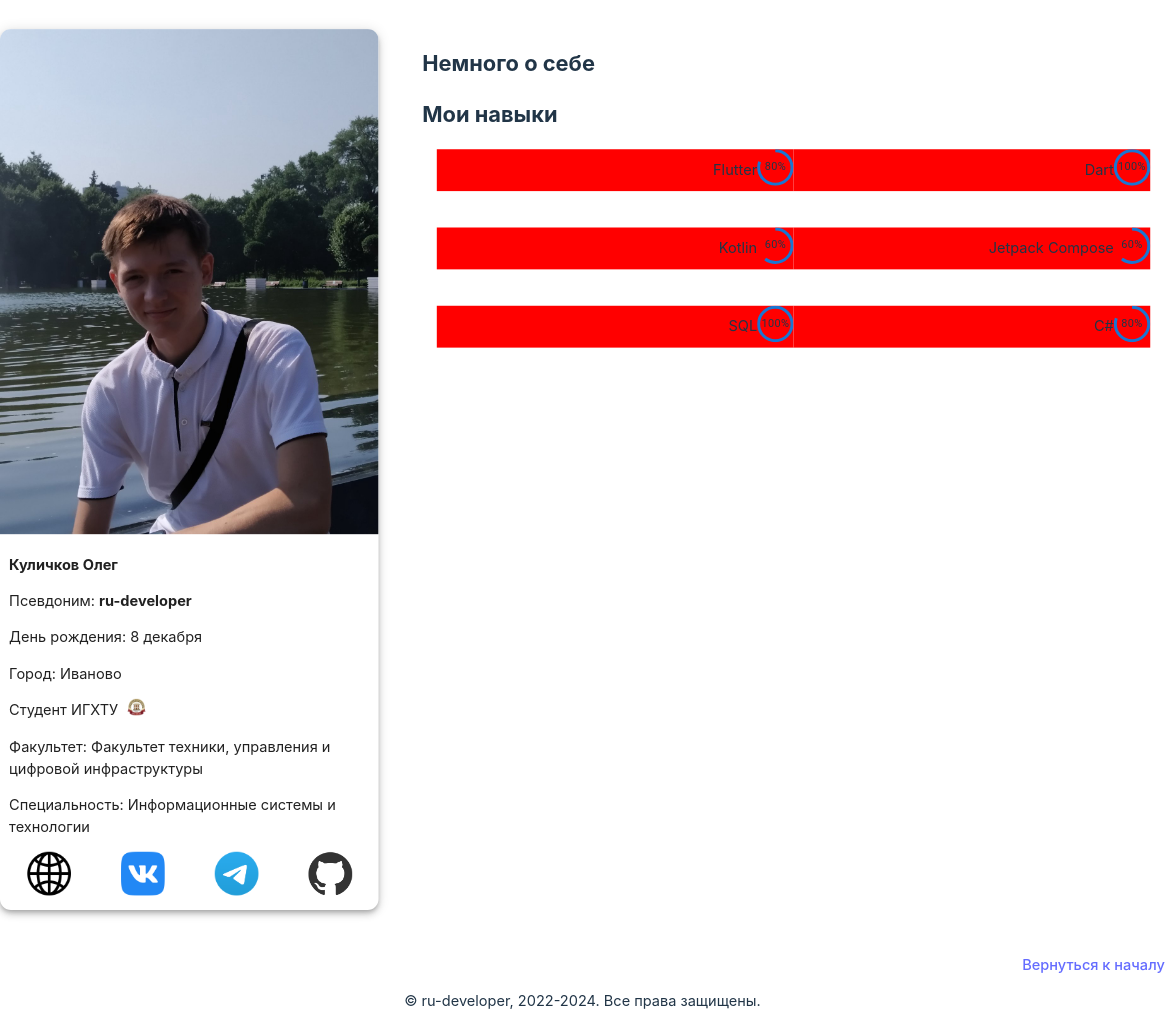
Repository: HubOl01/my_profile
Page: /
These files come from the project's save history. The page is drawn as it stood at one moment and after a run of saves; the edit follows.
The browser window is 1280 px wide. The pictures show the whole page, at 91% of full size.
The project was rebuilt for these pictures with package versions that can differ from the ones it lists, and the page was loaded fresh each time. Also part of the build but not shown: vite.config.ts, src/components/header/Header.module.scss, src/data/websites.ts.

Above is the page before, as saved 2024-03-09 11:00:32.

After the next 2 saves:
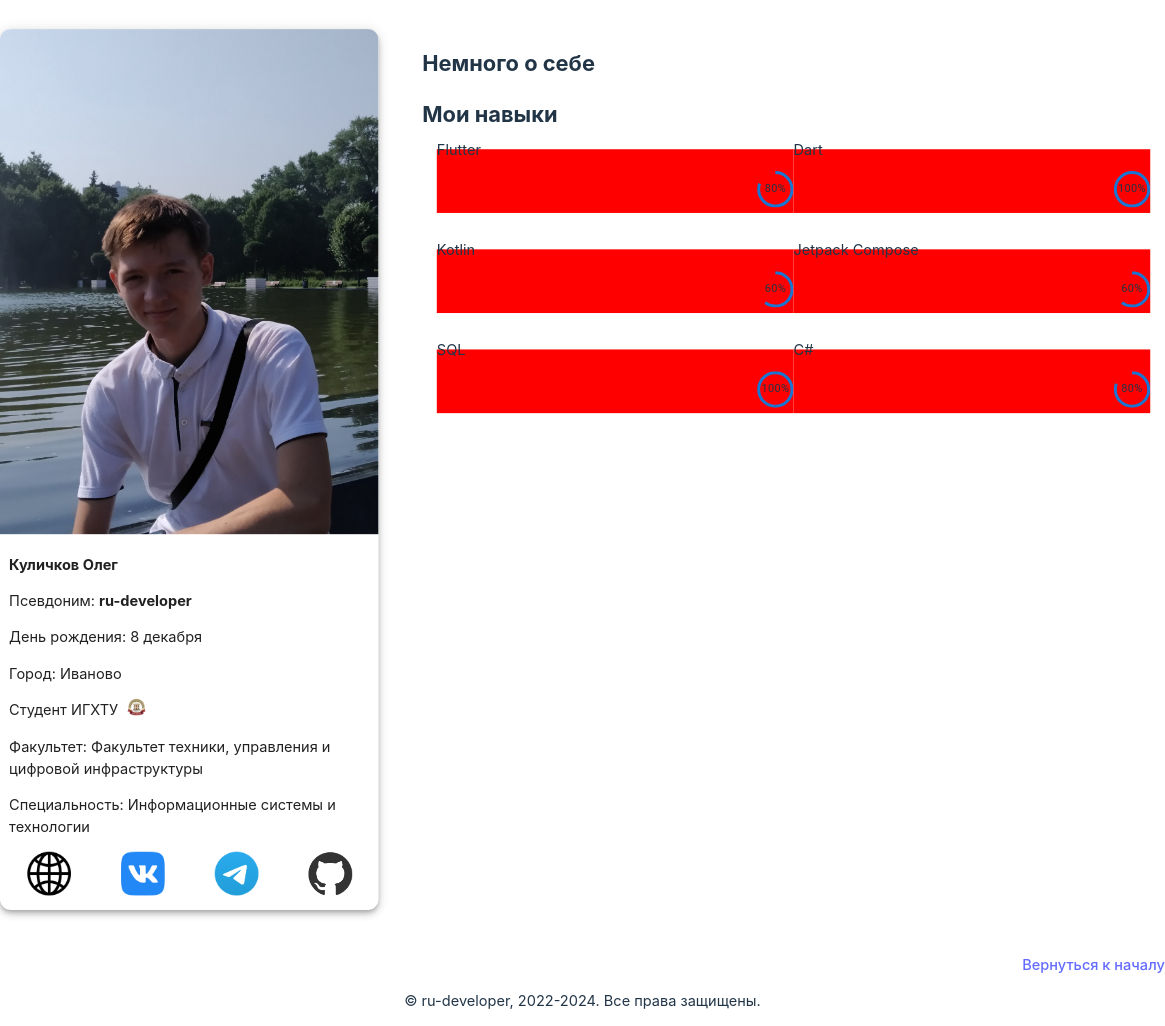
The 2 saves are shown as one change because they came seconds apart.
The last was saved 7 s later.
--- a/src/components/center/Common.tsx
+++ b/src/components/center/Common.tsx
@@ -24,7 +24,7 @@ export default function Common() {
                 background: "red",
               }}
               ><div style={{
-                display: "inline-block",
+                // display: "inline-block",
                 "textAlign": "left",
                 transform: "translateY(-50%)",
               }}>
@@ -32,7 +32,7 @@ export default function Common() {
 
                 </div>
                 <div style={{
-                  display: "inline-block",
+                  // display: "inline-block",
                   "textAlign": "right",
                 }}>
                   <CircularProgressWithLabel value={skill.progress * 100} />
